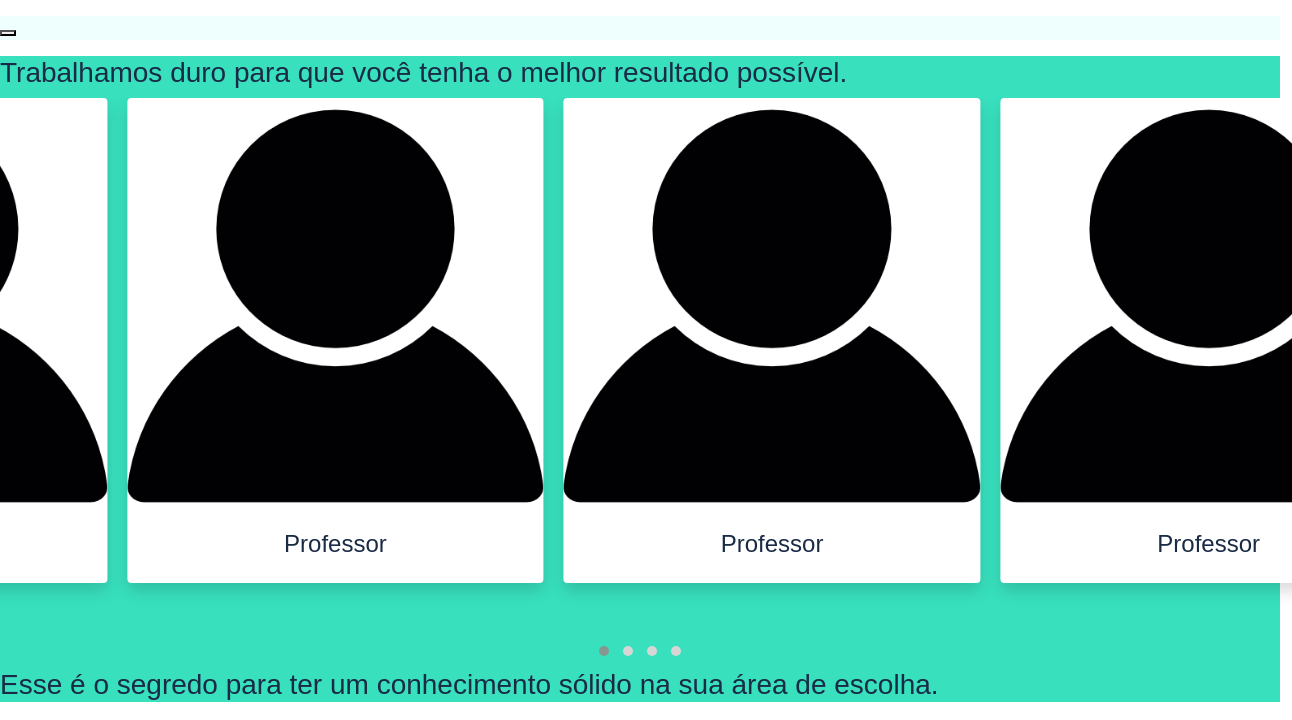
Repository: MarTech-Coders-Planejamento/site-oficial
Page: home.html
These files come from the project's save history. The page is drawn as it stood at one moment and after the next save; the edit follows.
The browser window is 1280 px wide. The page is 1292 px wide, so the pictures cover 1292 px, including what lies to the right of the window. The pictures show the whole page.
Some web fonts or font styles are not loaded; a fallback is used.

Above is the page before, as saved 2021-10-22 21:28:33.

After the next save:
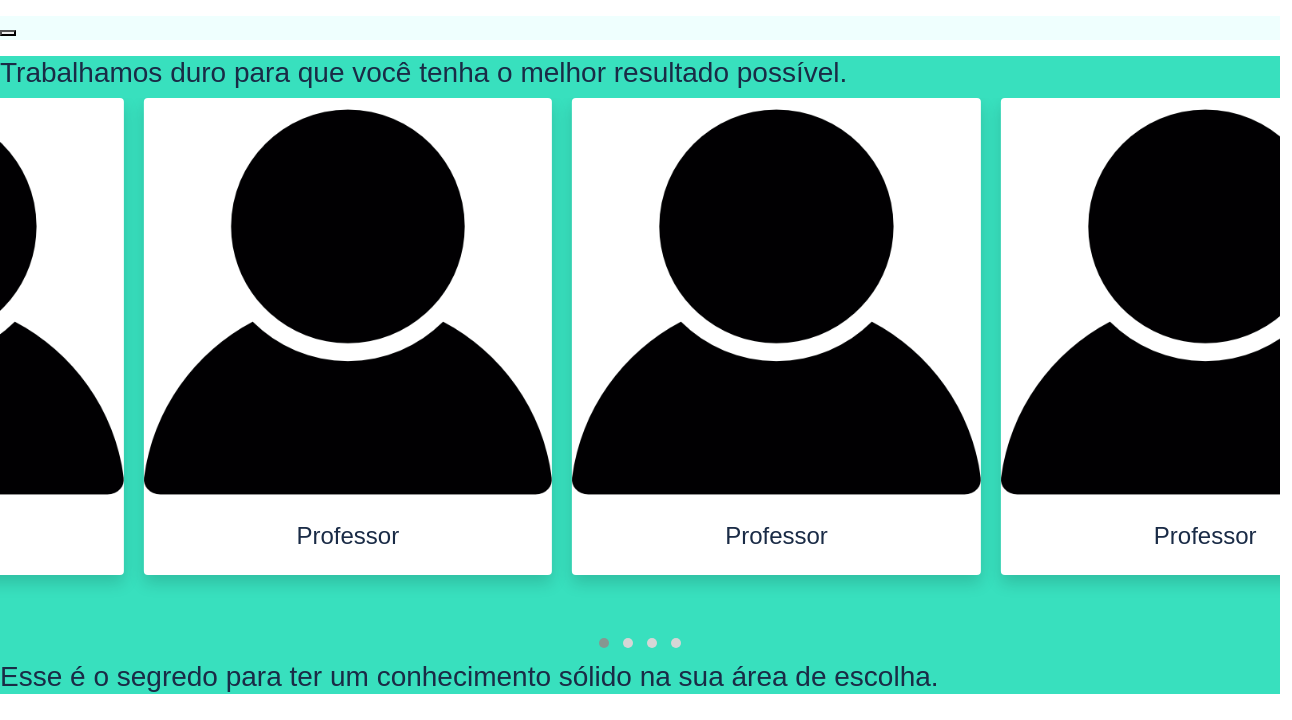
Saved 61 s later.
--- a/css/home.css
+++ b/css/home.css
@@ -22,11 +22,3 @@
   background-color: var(--bg2);
   color: var(--texto);
 }
-
-#slider-container{
-  padding: 0 !important;
-}
-
-.owl-stage{
-  padding: 0 !important;
-}
